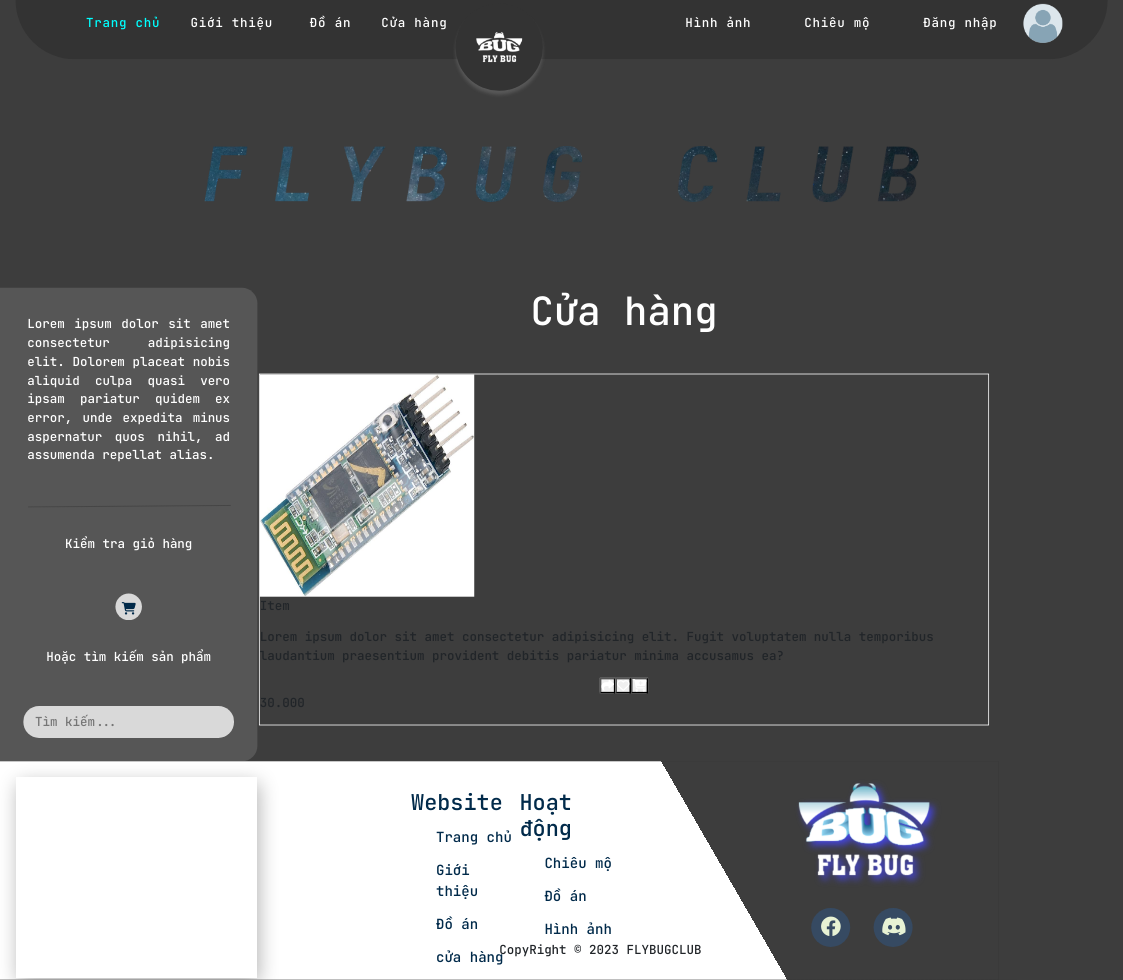
Repository: NQD2308/FlyBugClub_WebApp
Page: PROJECT FLYNUG/html/store.html
An editor plug-in stored every save of this project. The page is shown before and after the next save, followed by the edit.
The browser window is 1280 px wide. The page is 1440 px wide, so the pictures cover 1440 px, including what lies to the right of the window. The pictures show the whole page, at 78% of full size.
Pictures or frames that could not be fetched are drawn as grey boxes.

Above is the page before, as saved 2023-09-18 10:48:15.

### PROJECT FLYNUG/html/store.html
<html lang="en">

<head>
    <meta charset="UTF-8">
    <meta name="viewport" content="width=device-width, initial-scale=1.0">
    <title>Document</title>

    <!-- Bootrap 5 -->
    <link href="https://cdn.jsdelivr.net/npm/bootstrap@5.0.2/dist/css/bootstrap.min.css" rel="stylesheet" integrity="sha384-EVSTQN3/azprG1Anm3QDgpJLIm9Nao0Yz1ztcQTwFspd3yD65VohhpuuCOmLASjC" crossorigin="anonymous">

    <!-- Font awesome -->
    <link rel="stylesheet" href="https://cdnjs.cloudflare.com/ajax/libs/font-awesome/6.4.2/css/all.min.css" integrity="sha512-z3gLpd7yknf1YoNbCzqRKc4qyor8gaKU1qmn+CShxbuBusANI9QpRohGBreCFkKxLhei6S9CQXFEbbKuqLg0DA==" crossorigin="anonymous" referrerpolicy="no-referrer" />

    <!-- CSS -->
    <link rel="stylesheet" href="../css/style.css">
    <!-- Reset -->
    <link rel="stylesheet" href="../css/default_setting.css">

    <!-- JetBrains Mono font -->
    <link rel="preconnect" href="https://fonts.googleapis.com">
    <link rel="preconnect" href="https://fonts.gstatic.com" crossorigin>
    <link
        href="https://fonts.googleapis.com/css2?family=JetBrains+Mono:ital,wght@0,300;0,500;0,600;0,700;0,800;1,400&display=swap"
        rel="stylesheet">
</head>

<body>
    <!-- ========================
                #HEADER
        ========================-->
    <header>
        <div class="nav">
            <div class="nav__links">
                <ul class="nav__links-left">
                    <li><a class="active" href="#">Trang chủ</a></li>
                    <li><a href="#">Giới thiệu</li>
                    <li><a href="#">Đồ án</a></li>
                    <li><a href="#">Cửa hàng</a></li>
                </ul>
            </div>
            <div class="logo">
                <img src="../img/logo.png" alt="FlyBug logo">
            </div>
            <div class="nav__links">
                <ul class="nav__links-right">
                    <li><a href="#">Hình ảnh</a></li>
                    <li><a href="#">Chiêu mộ</a></li>
                    <li class="login"><a href="#">Đăng nhập</a></li>
                    <li class="login-Img">
                        <a href="#"><img src="../img/user.png" alt=""></a>
                    </li>
                </ul>
            </div>
        </div>
        <div class="text-logo">
            <img  src="../img/FLYBUG CLUB.png" alt="Photo logo">
        </div>
    </header>

    <section class="body">
        <div class="container">
            <div class="row">
                <div class="col col-md-3 left">
                    <div class="search">
                        <div class="store-note">
                            <p>Lorem ipsum dolor sit amet consectetur adipisicing elit. Dolorem placeat nobis aliquid culpa quasi vero ipsam pariatur quidem ex error, unde expedita minus aspernatur quos nihil, ad assumenda repellat alias.</p>
                        </div>
                        <div class="center">
                            <svg xmlns="http://www.w3.org/2000/svg" width="261" height="4" viewBox="0 0 261 4" fill="none">
                                <path d="M1 2.96216L260.993 0.99995" stroke="#3D3D3D" stroke-opacity="0.8"/>
                            </svg>
                        </div>
                        <div class="shopping-function">
                            <p>Kiểm tra giỏ hàng</p>
                            <div class="center ">
                                <button class="icon-shopping">
                                    <a href="#">
                                        <i class="fa-solid fa-cart-shopping"></i>
                                    </a>
                                </button>
                            </div>
                            <p>Hoặc tìm kiếm sản phẩm</p>
                            <div class="center">
                                <input type="text" placeholder="Tìm kiếm...">
                            </div>
                        </div>
                    </div>
                </div>
                <div class="col col-md-9 right">
                    <div class="store">
                        <h1>Cửa hàng</h1>
                        <div class="item-store">
                            <div class="row">
                                <div class="col col-mg-3">
                                    <div class="item-card">
                                        <img src="../img/bluth.jpg" alt="Photo item store">
                                        <p>Item</p>
                                        <p>Lorem ipsum dolor sit amet consectetur adipisicing elit. Fugit voluptatem nulla temporibus laudantium praesentium provident debitis pariatur minima accusamus ea?</p>
                                        <div class="center">
                                            <button class="icon-share">
                                                <a href="#">
                                                    <i class="fa-solid fa-share"></i>
                                                </a>
                                            </button>
                                            <button class="icon-love">
                                                <a href="#">
                                                    <i class="fa-regular fa-heart"></i>
                                                </a>
                                            </button>
                                            <button class="icon-share">
                                                <a href="#">
                                                    <i class="fa-solid fa-cart-plus"></i>
                                                </a>
                                            </button>
                                        </div>
                                        <div class="item-price">
                                            <p>30.000</p>
                                        </div>
                                    </div>
                                </div>
                            </div>
                        </div>
                    </div>
                </div>
            </div>
        </div>
    </section>

 <!-- ========================
                #FOOTER
        ========================-->
    <footer class="footer">
        <div class="footer-left">
            <iframe class="ggmap" src="https://www.google.com/maps/embed?pb=!1m18!1m12!1m3!1d15678.190787267133!2d106.64595238715819!3d10.769299600000005!2m3!1f0!2f0!3f0!3m2!1i1024!2i768!4f13.1!3m3!1m2!1s0x31752f7c8bf050ff%3A0x4fa87595d124cc0c!2zVHLGsOG7nW5nIMSQ4bqhaSBo4buNYyBIb2EgU2VuIC0gQ8ahIHPhu58gVGjDoG5oIFRow6Fp!5e0!3m2!1svi!2s!4v1691345035899!5m2!1svi!2s" width="500" height="250" style="border:1;" allowfullscreen="" loading="lazy" referrerpolicy="no-referrer-when-downgrade"></iframe>
        </div>
        <ul class="footer-center">
            <li>
                <h3>Website</h3>

                <ul class="box">
                    <li><a href="#">Trang chủ</a></li>
                    <li><a href="#">Giới thiệu</a></li>
                    <li><a href="#">Đồ án</a></li>
                    <li><a href="#">cửa hàng</a></li>
                </ul>
            </li>
            <li>
                <h3>Hoạt động</h3>

                <ul class="box">
                    <li><a href="#">Chiêu mộ</a></li>
                    <li><a href="#">Đồ án</a></li>
                    <li><a href="#">Hình ảnh</a></li>
                </ul>
            </li>
        </ul>
        <div class="footer-right">
            <div class="img-logo">
                <img src="../img/flybug.png" alt="">
            </div>
            <div class="socials">
                <a href="#"><i class="fa-brands fa-facebook"></i></a>
                <a href="#"><i class="fa-brands fa-discord"></i></a>
            </div>
        </div>

        <div class="footer-bottom">
            <p>CopyRight &copy; 2023 FLYBUGCLUB</p>
        </div>
    </footer>

</body>

</html>

### PROJECT FLYNUG/css/style.css
li,
a,
button {
    list-style: none;
    font-family: 'JetBrains Mono', monospace;
    font-size: 16px;
    text-decoration: none;
    color: #fff;
    cursor: url(../img/bug-icon.png) 5 5, auto !important;
}
body {
    cursor: url(../img/bug-icon.png) 5 5, auto !important;
}
a {
    cursor: url(../img/bug-icon.png) 5 5, auto;
}
body {
    background-color: #3d3d3d;
}

/* =========================
        #HEADER
    =========================*/
header {
    /* position: fixed; */
    width: 1440px;
    /* height: 80px; */
    /* border-bottom: 1px solid #00000026; */




    /* backdrop-filter: blur(20px); */
}

header .nav {
    width: 1400px;
    margin: 0 auto;
    max-width: 100%;
    background: #333;
    border-radius: 0px 0px 80px 80px;
    display: flex;
    justify-content: space-between;
    align-items: center;
    padding: 0 3%;
    top: 0%;
    z-index: 10;
    box-shadow: rgba(0, 0, 0, 0.3) 2.72076px ;
    /* border: 1px solid red; */
}

header .nav ul {
    display: flex;
    align-items: center;
}

header .nav ul li {
    margin: 5px 15px;
    letter-spacing: 1px;
}

header .nav .logo {
    /* border: 1px solid red; */
    width: 7rem;
    height: 7rem;
    position: absolute;
    left: 50%;
    transform: translate(-50%, 20%);
    background-color: #333;
    overflow: hidden;
    border-radius: 100%;
    box-shadow: 0 5px 5px rgba(204, 204, 204, .2);
}

header .logo img {
    width: 100%;
    height: 100%;
    object-fit: cover;
}

header .nav__links {
    width: 40%;
    height: 100%;
}
header .nav__links ul li a{
    transition: .3s ease;
}
header .nav__links ul > li:hover a{
    color: aqua;
}
header .nav__links-left,
header .nav__links-right {
    justify-content: space-between;
}

.active {
    color: aqua;
}

.nav__links-right li:last-child {
    width: 50px;
    height: 50px;
}

header .nav__links-right {
    margin-left: -20px;
}

header .nav__links-right .login-img {
    margin-left: -20px;
}

header .text-logo{
    display: flex;
    justify-content: center;
    width: 1440px;
    background-color: #3d3d3d;
    /* border: 1px solid white; */
    padding: 110px 0;
}

/* ================================ */
/* ============= BODY ============= */
/* ================================ */

/*  @############ LEFT ############@ */

section.body .container{
    max-width: 1440px;
}
section.body .left{
    padding-left: 0;
}

section.body .search{
    width: 330px;
    background-color: #565656;
    border-radius: 0 20px 20px 0;
    position: relative;
    left: 0;
}

.body .search store-note{
    display: flex;
    justify-content: center;
}

.body .search p{
    color: #FFF;
    text-align: justify;
    padding: 35px;
}

.body .search .shopping-function p{
    text-align: center;
}

.body .search .shopping-function button.icon-shopping{
    width: 34px;
    height: 34px;
    border-radius: 50%;
    background-color: #D9D9D9;
    border: none;
}

.body .search .shopping-function .icon-shopping i{
    display: flex;
    justify-content: center;
    width: 24px;
    color: #012A4A;
    transition: all .25s ease-in;
    /* border: 1px solid orange; */
    border-radius: 50%;
    padding: 10px 16px 6px 17px;
}

.body .search .shopping-function button.icon-shopping:hover i{
    color: orange;
    transition: all .25s ease-in;
}

.body .search .shopping-function input{
    width: 270px;
    padding: 10px 15px;
    border-radius: 20px;
    border: none;
    background-color: #D9D9D9;
    margin-bottom: 30px;
}

/*  @############ RIGHT ############@ */

.body .right .store h1{
    color: white;
    text-align: center;
    font-size: 50px;
    margin-bottom: 50px;
}

.body .right .store .item-card{
    /* width: 275px; */
    border: white 1px solid;
}

.body .right .store img {
    width: 275px;
    height: 285px;
}


/* =========================
        #FOOTER
         background-image: linear-gradient(60deg, white 70%, #3d3d3d 25%);
    =========================*/
footer {
    /* width: 100%; */
    position: relative;
    height: 280px;
    background-color: #333;
    background-image: linear-gradient(60deg, white 70%, #3d3d3d 25%);

    display: flex;
    flex-flow: row wrap;
    justify-content: space-between;
    padding: 20px;
    overflow: hidden;
}

.footer>* {
    width: calc(100% / 4);
}

.footer ul li,
.footer ul li a {
    color: #012A4A;
    font-size: 18px;
}

.footer-left {
    margin-right: 1.25em;
    margin-bottom: 2em;
    box-shadow: rgba(0, 0, 0, 0.3) 2.72076px 8px 24px;
}

.footer-left iframe {
    border-radius: 5px;
}

.footer-center {
    display: flex;
    flex-flow: row wrap;
    justify-content: space-between;
}

.footer-center>* {
    width: calc(100% / 2);
}

.footer-center li {
    margin: 15px 0;
}

.footer-center .box li a {
    transition: .3s ease;
}

.footer-center .box>li:hover a {
    margin-left: 10px;
    color: #4444dd;
    font-weight: bold;
}

.footer-right {
    height: 100%;
    margin: -10px 0;
    display: flex;
    align-items: center;
    flex-flow: row wrap;
    justify-content: center;
}

.footer-right .img-logo {
    width: 100%;
    display: flex;
    justify-content: center;
}

.footer-right img {
    width: 60%;
    filter: drop-shadow(5px 5px 5px #4444dd);
}

.socials a {
    background: #364a62;
    width: 50px;
    height: 50px;
    display: inline-block;
    text-align: center;
    margin: 0 10px;
    border-radius: 100%;
    transition: 0.4s ease;
}

.socials a i {
    color: #e7f2d4;
    padding: 10px;
    font-size: 26px;
}

.socials>a:first-child:hover {
    background-color: #4267B2;
    transform: rotate(1turn);
}

.socials>a:last-child:hover {
    background-color: #7289da;
    transform: rotate(1turn);
}

.footer-bottom {
    position: absolute;
    bottom: 10;
    left: 50%;
}


.main  {
    height: 100vh;
}

### PROJECT FLYNUG/css/default_setting.css
html {
  max-width: 1440px;
  margin: auto;
	line-height: 1.5;
	box-sizing: border-box;
	scroll-behavior: smooth;
  }
  * {
	margin: 0;
	padding: 0;
  font-family: 'JetBrains Mono', monospace;
  }
  *,
  *:before,
  *:after {
	box-sizing: border-box;
  }
  input,
  textarea,
  select,
  button {
	outline: none;
	font: inherit;
  }
  input {
	line-height: normal;
  }
  label,
  button {
	cursor: pointer;
	user-select: none !important;
  }
  ul {
	list-style: none;
  }
  a {
	text-decoration: none;
  }
  img,
  picture,
  video,
  canvas,
  svg {
	display: block;
	max-width: 100%;
	user-select: none !important;
  }

  p,
  h1,
  h2,
  h3,
  h4,
  h5,
  h6 {
	overflow-wrap: break-word;
  }

  /* Mobie: width < 740px */
  @media only screen and (max-width: 46.1875em) {
    input[type="color"],
    input[type="date"],
    input[type="datetime"],
    input[type="datetime-local"],
    input[type="email"],
    input[type="month"],
    input[type="number"],
    input[type="password"],
    input[type="search"],
    input[type="tel"],
    input[type="text"],
    input[type="time"],
    input[type="url"],
    input[type="week"],
    select:focus,
    textarea {
      font-size: 16px;
    }
  }

  .center{
    display: flex;
    justify-content: center;
  }

After the next save:
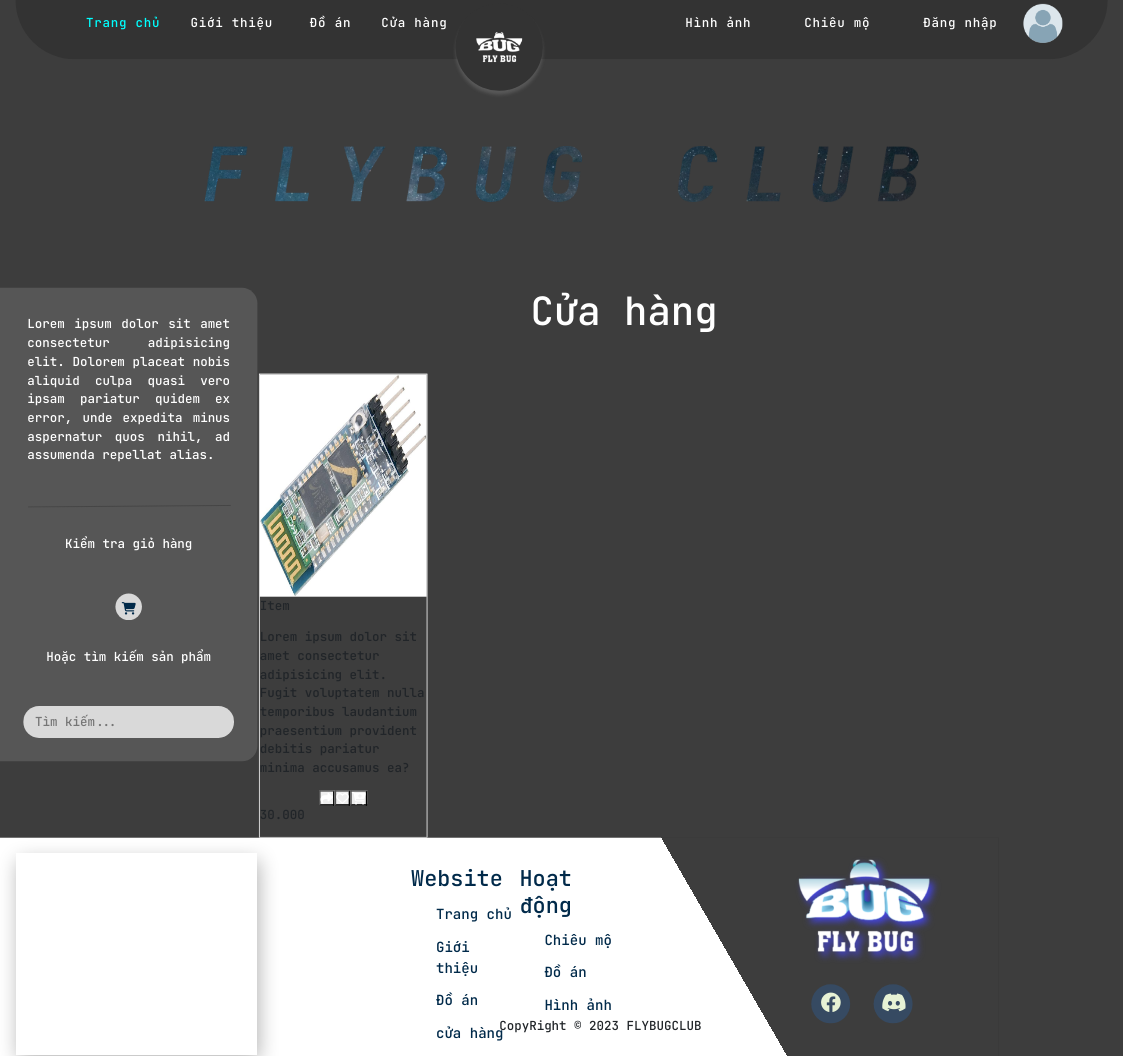
Saved 116 s later.
--- a/PROJECT FLYNUG/html/store.html
+++ b/PROJECT FLYNUG/html/store.html
@@ -91,7 +91,7 @@
                         <h1>Cửa hàng</h1>
                         <div class="item-store">
                             <div class="row">
-                                <div class="col col-mg-3">
+                                <div class="col col-md-3">
                                     <div class="item-card">
                                         <img src="../img/bluth.jpg" alt="Photo item store">
                                         <p>Item</p>
